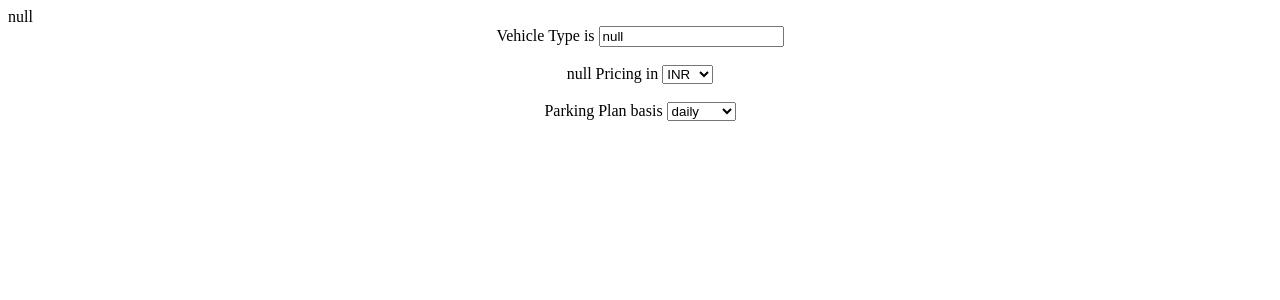
Repository: meta-rahul-dosi/GET2019
Page: http://localhost/Assignment-4/passPrice.jsp
These files come from the project's save history. The page is drawn as it stood at one moment and after the next save; the edit follows.
The browser window is 1280 px wide. The pictures show the whole page.
The page is served by Tomcat 9. Other server files are loaded and not shown.

Above is the page before, as saved 2019-09-05 13:38:40.

### EAD/Assignment-4/WebContent/passPrice.jsp
<%@ page language="java" contentType="text/html; charset=ISO-8859-1"
	pageEncoding="ISO-8859-1" import="java.sql.*"%>
<!DOCTYPE html PUBLIC "-//W3C//DTD HTML 4.01 Transitional//EN" "http://www.w3.org/TR/html4/loose.dtd">
<html>
<head>
<meta http-equiv="Content-Type" content="text/html; charset=ISO-8859-1">
<title>Insert title here</title>
</head>
<body>

	<%
		String vehicleTypeCame = (String) session
				.getAttribute("vehicleType");
		out.println(vehicleTypeCame);
	%>

	<div>
		<form align="center">
			Vehicle Type is <input type="text" name="vehicletype" value="<%=vehicleTypeCame%>"
				readonly /><br /> <br />
				<%=vehicleTypeCame %>
				Pricing in <select name="pricing">
				<option name="INR" value="INR">INR</option>
				<option name="USD" value="USD">USD</option>
				<option name="YEN" value="YEN">YEN</option>
			</select><br /> <br /> Parking Plan basis <select name="time">
				<option name="daily" value="daily">daily</option>
				<option name="monthly" value="monthly">monthly</option>
				<option name="yearly" value="yearly">yearly</option>
			</select><br /> <br />
		</form>
	</div>
	<br />
	<br />

</body>
</html>

After the next save:
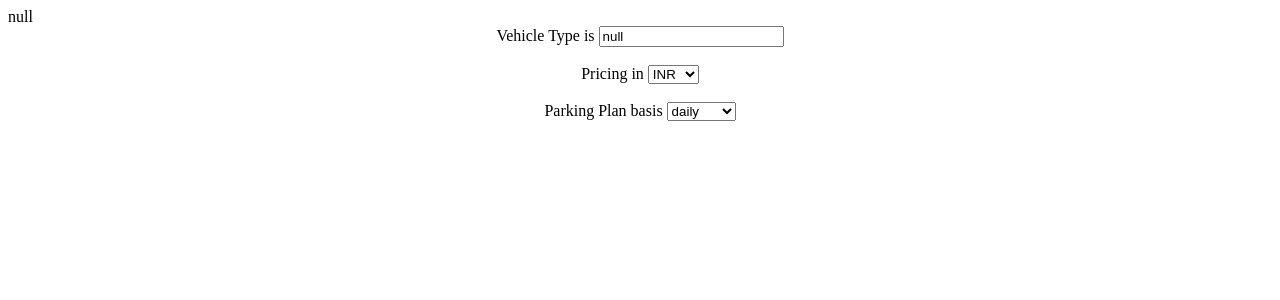
Saved 4 s later.
--- a/EAD/Assignment-4/WebContent/passPrice.jsp
+++ b/EAD/Assignment-4/WebContent/passPrice.jsp
@@ -18,7 +18,6 @@
 		<form align="center">
 			Vehicle Type is <input type="text" name="vehicletype" value="<%=vehicleTypeCame%>"
 				readonly /><br /> <br />
-				<%=vehicleTypeCame %>
 				Pricing in <select name="pricing">
 				<option name="INR" value="INR">INR</option>
 				<option name="USD" value="USD">USD</option>
